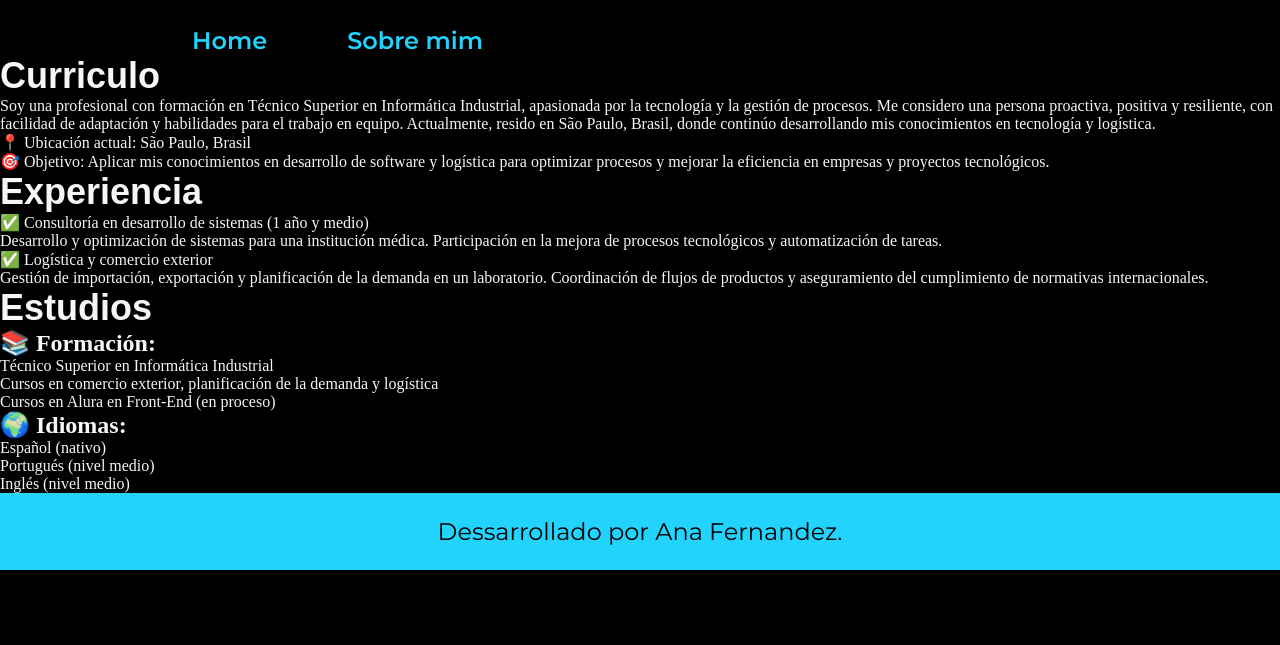
Repository: AnaFzCz/Portifolio-HTML-CSS-dinamico
Page: about.html
These files come from the project's save history. The page is drawn as it stood at one moment and after the next save; the edit follows.
The browser window is 1280 px wide. The pictures show the whole page.
Some web fonts or font styles are not loaded; a fallback is used.

Above is the page before, as saved 2025-02-10 10:04:40.

After the next save:
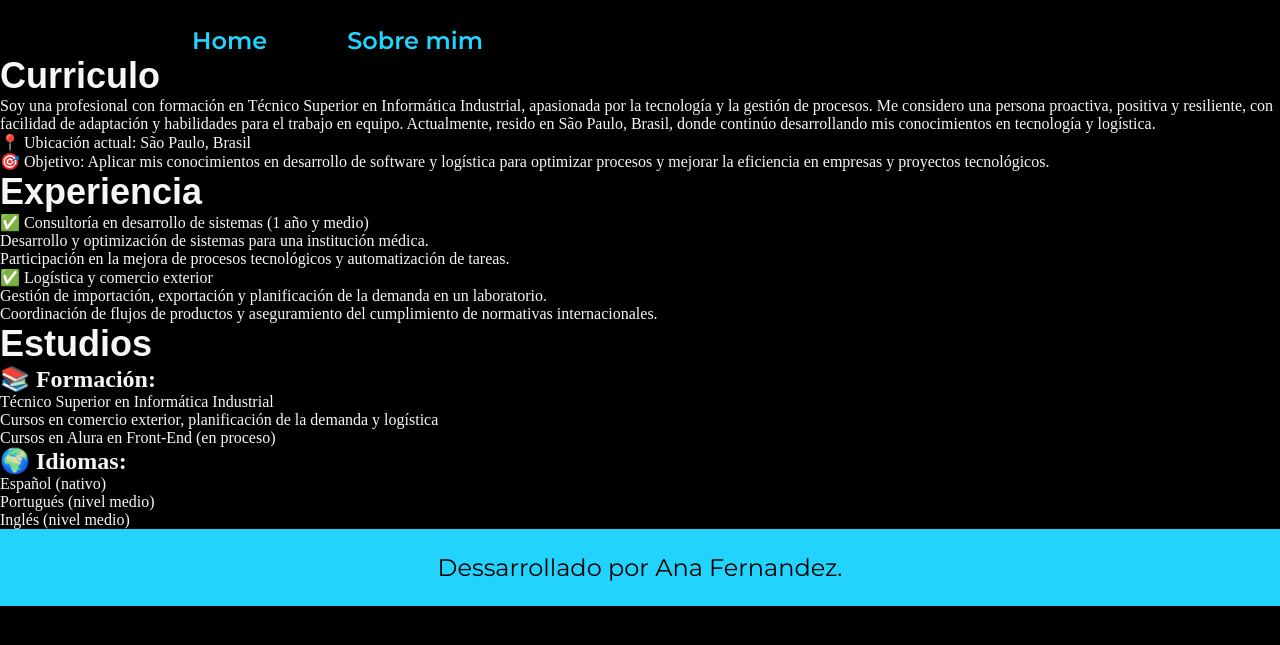
Saved 49 s later.
--- a/about.html
+++ b/about.html
@@ -35,14 +35,15 @@
 
         ✅ Consultoría en desarrollo de sistemas (1 año y medio)
         <ul>
-            Desarrollo y optimización de sistemas para una institución médica.
-            Participación en la mejora de procesos tecnológicos y automatización de tareas.
+            <li>Desarrollo y optimización de sistemas para una institución médica.</li>
+            <li> Participación en la mejora de procesos tecnológicos y automatización de tareas.</li>
+
+
         </ul>
         ✅ Logística y comercio exterior
         <ul>
-            Gestión de importación, exportación y planificación de la demanda en un laboratorio.
-            Coordinación de flujos de productos y aseguramiento del cumplimiento de normativas internacionales.
-
+            <li>Gestión de importación, exportación y planificación de la demanda en un laboratorio.</li>
+            <li>Coordinación de flujos de productos y aseguramiento del cumplimiento de normativas internacionales.</li>
         </ul>
 
 
